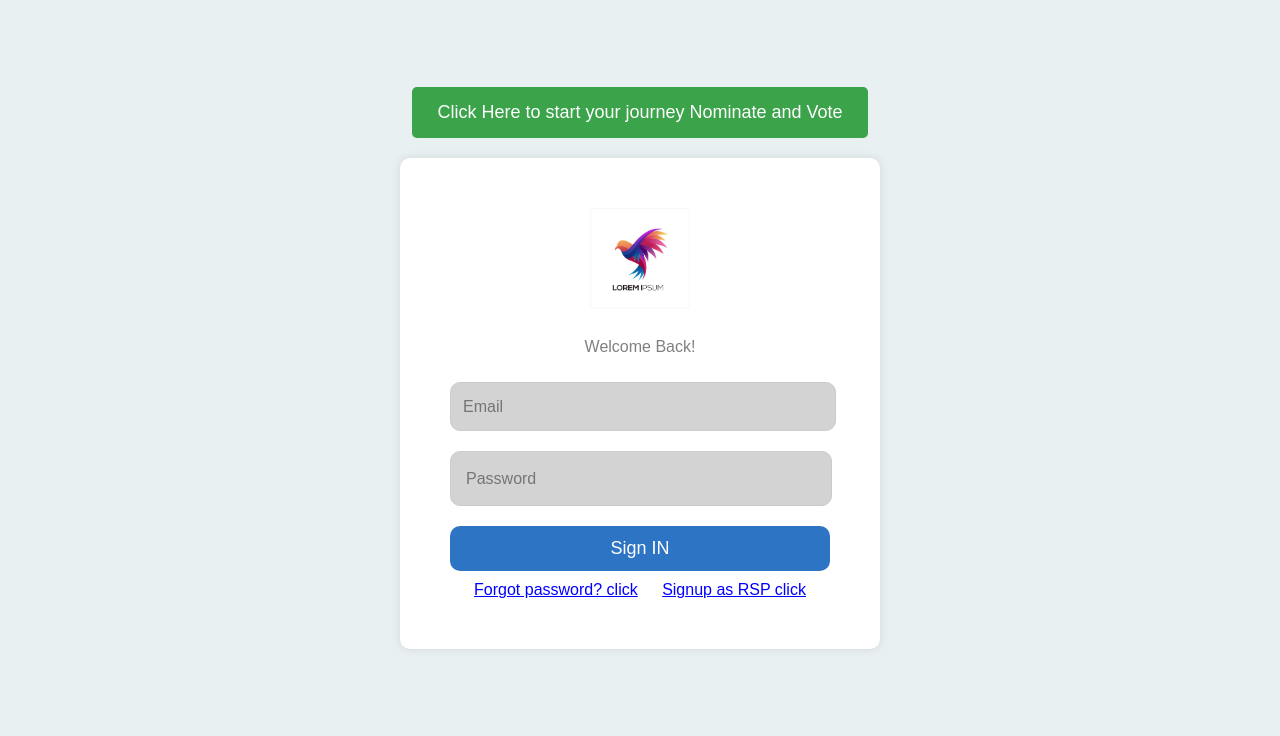
Repository: Femi007-gh/welcome
Page: index.html
The author's editor kept a copy of each file at every save. The page is drawn from the files as they stood at one save, then again after the next save.
The browser window is 1280 px wide. The pictures show the whole page.
Some web libraries are served in a nearby version.

Above is the page before, as saved 2025-03-10 18:20:41.

After the next save:
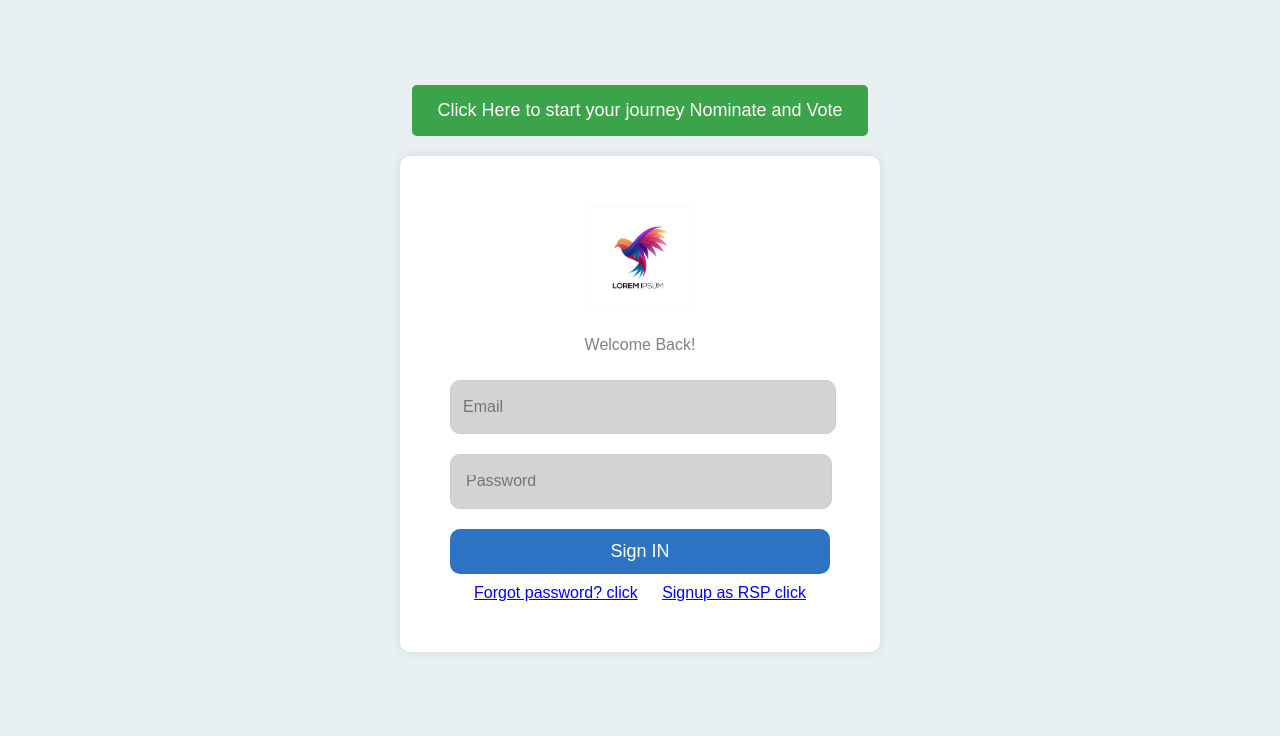
Saved 8 s later.
--- a/index.html
+++ b/index.html
@@ -99,7 +99,7 @@
           height: 3px;
         }
         .lit{
-          height: 23px;
+          height: 28px;
         }
     </style>
 </head>
